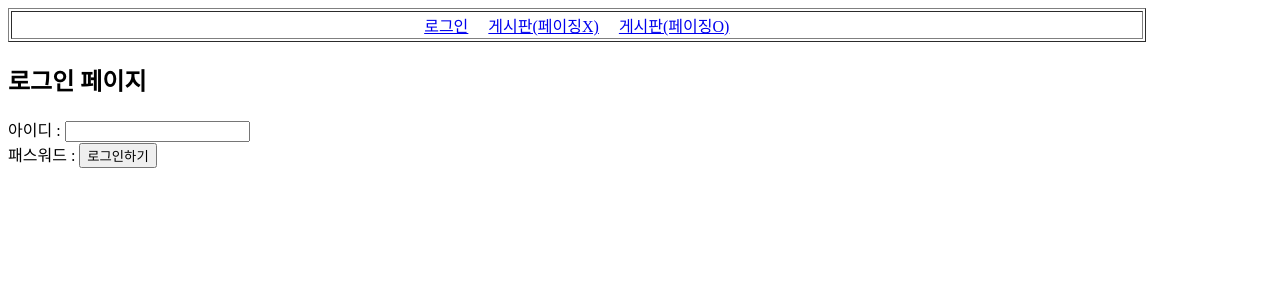
Repository: ssing365/JSPStudy
Page: http://localhost/JSPServlet/06Session/LoginForm.jsp
The author's editor kept a copy of each file at every save. The page is drawn from the files as they stood at one save, then again after the next save.
The browser window is 1280 px wide. The pictures show the whole page.
The page is served by Tomcat 10.

Above is the page before, as saved 2024-11-04 03:52:22.

After the next save:
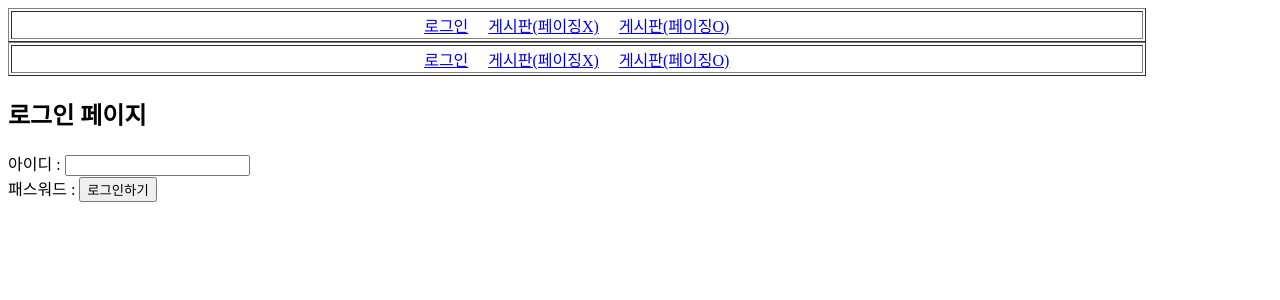
Saved 13 s later.
--- a/JSPServlet/src/main/webapp/06Session/LoginForm.jsp
+++ b/JSPServlet/src/main/webapp/06Session/LoginForm.jsp
@@ -12,7 +12,7 @@
 	1. include 지시어를 이용하는 방법(주석처리함)
 	2. 액션태그를 이용한 방법
 	  -->
-	<%--@ include file="../Common/Link.jsp" --%>
+	<%@ include file="../Common/Link.jsp" %>
 	<jsp:include page="../Common/Link.jsp" />
 	<h2>로그인 페이지</h2>
 	<span style="color: red; font-size: 1.2em"> <%=request.getAttribute("LoginErrMSg") == null ? "" : request.getAttribute("LoginErrMsg")%>

After the save that followed:
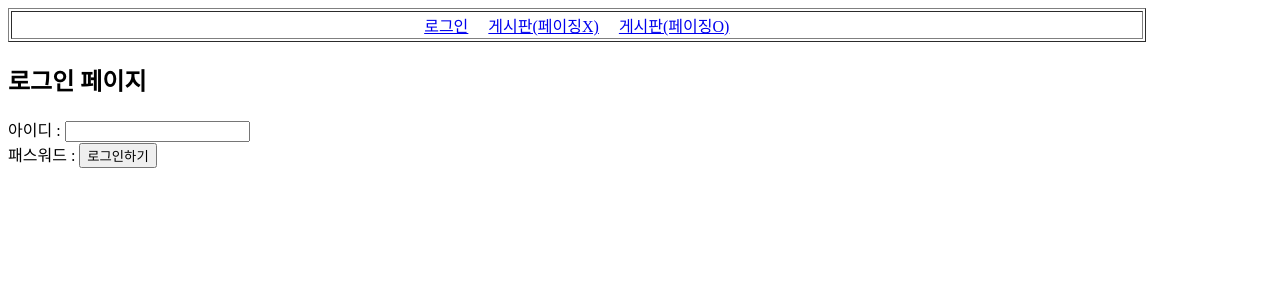
Saved 8 s later.
--- a/JSPServlet/src/main/webapp/06Session/LoginForm.jsp
+++ b/JSPServlet/src/main/webapp/06Session/LoginForm.jsp
@@ -12,7 +12,7 @@
 	1. include 지시어를 이용하는 방법(주석처리함)
 	2. 액션태그를 이용한 방법
 	  -->
-	<%@ include file="../Common/Link.jsp" %>
+	<%--@ include file="../Common/Link.jsp" --%>
 	<jsp:include page="../Common/Link.jsp" />
 	<h2>로그인 페이지</h2>
 	<span style="color: red; font-size: 1.2em"> <%=request.getAttribute("LoginErrMSg") == null ? "" : request.getAttribute("LoginErrMsg")%>
